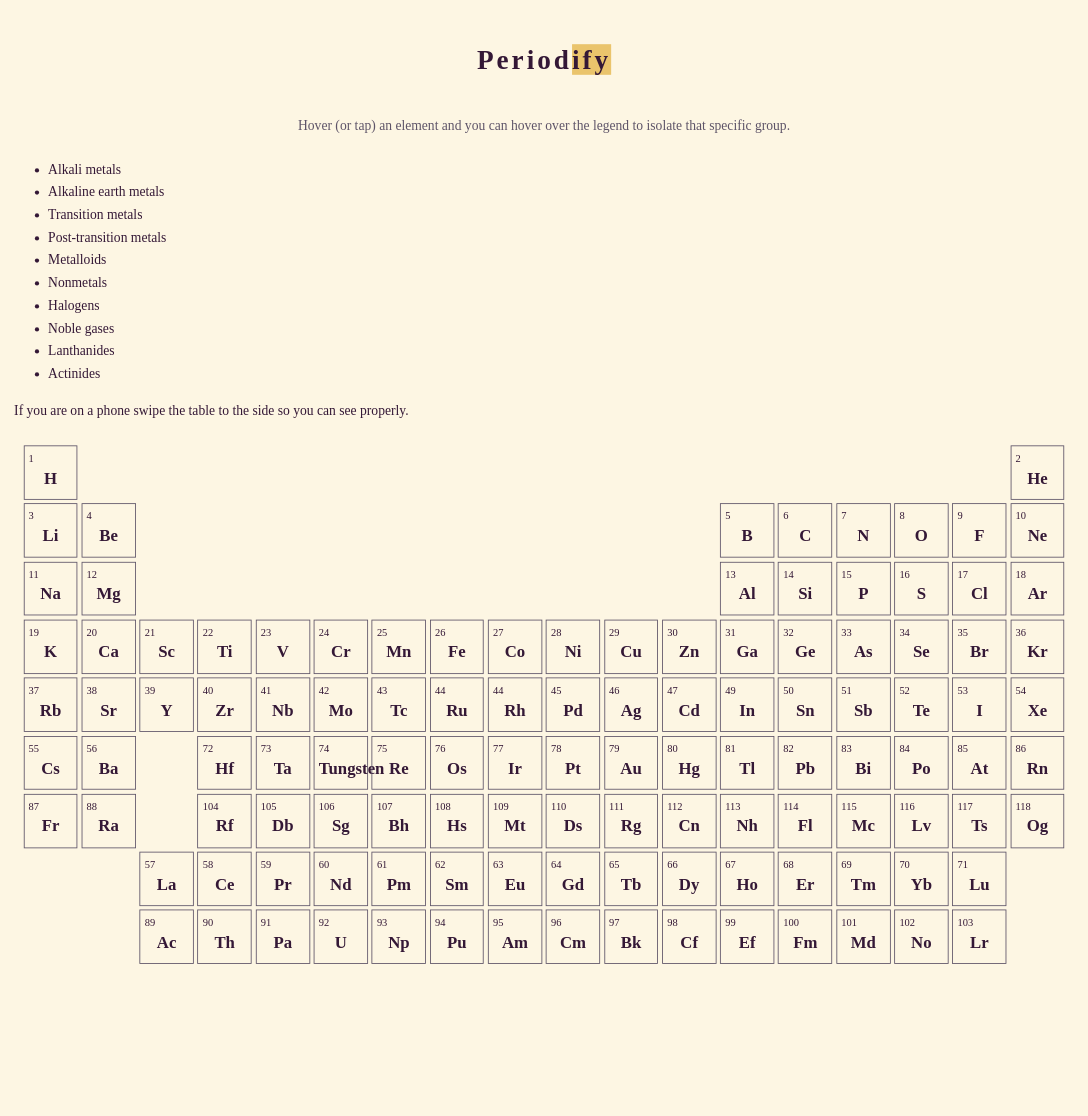
Repository: manayparikh1/Periodify
Page: index.html
These files come from the project's save history. The page is drawn as it stood at one moment and after the next save; the edit follows.
The browser window is 1280 px wide. The pictures show the whole page, at 85% of full size.

Above is the page before, as saved 2026-10-19 15:33:22.

After the next save:
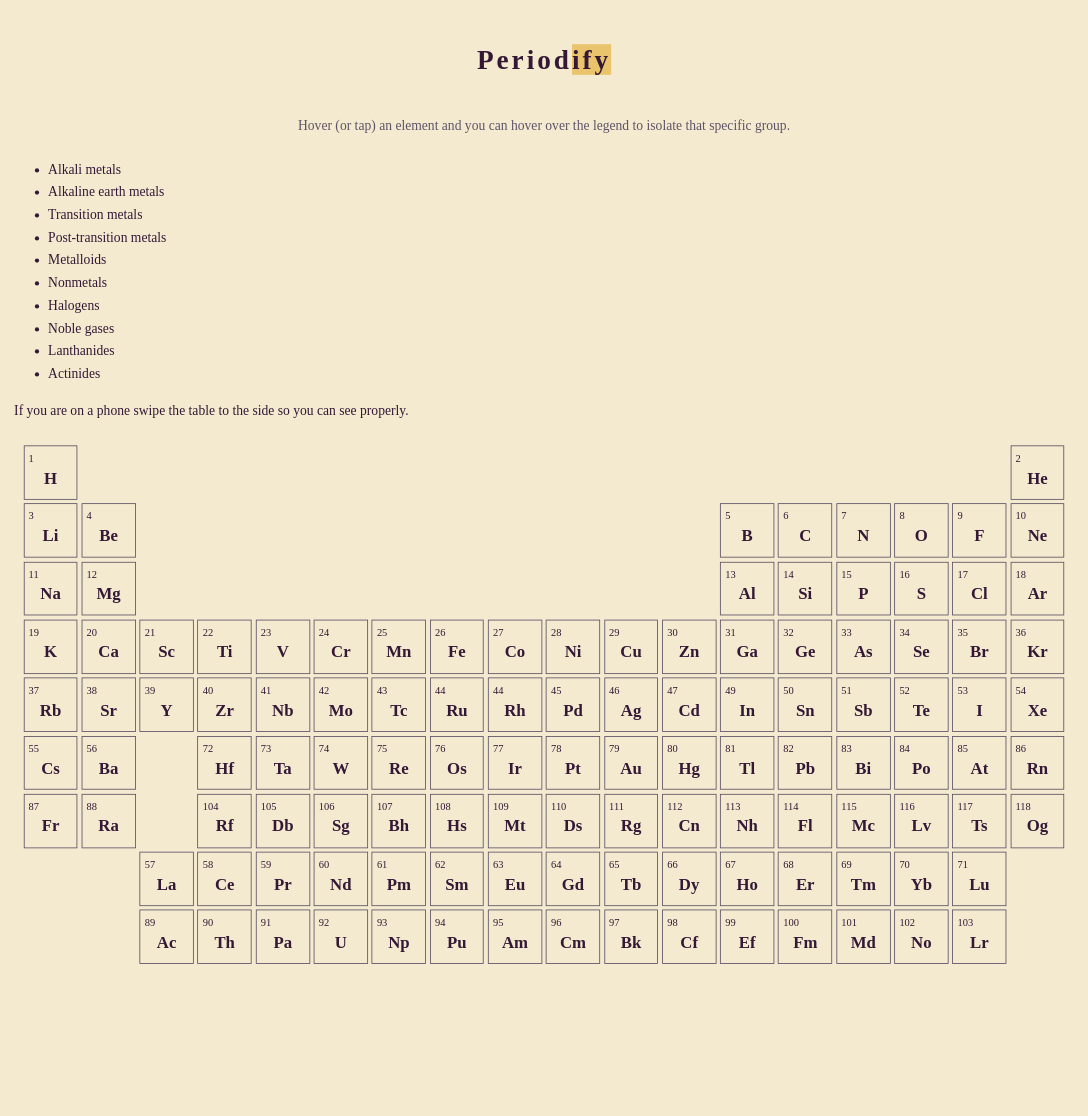
Saved 3 min 51 s later.
--- a/index.html
+++ b/index.html
@@ -100,7 +100,7 @@
             <div class="gap" style="--n:1"></div>
             <div class="el tm" tabindex="0"><i>72</i><b>Hf</b><span>Hafnium<br>Atomic mass = 178.49</span></div>
             <div class="el tm" tabindex="0"><i>73</i><b>Ta</b><span>Tantalum<br>Atomic mass = 180.95</span></div>
-            <div class="el tm" tabindex="0"><i>74</i><b>Tungsten</b><span>Tungsten<br>Atomic mass = 183.84</span></div>
+            <div class="el tm" tabindex="0"><i>74</i><b>W</b><span>Tungsten<br>Atomic mass = 183.84</span></div>
             <div class="el tm" tabindex="0"><i>75</i><b>Re</b><span>Rhenium<br>Atomic mass = 186.21</span></div>
             <div class="el tm" tabindex="0"><i>76</i><b>Os</b><span>Osmium<br>Atomic mass = 190.23</span></div>
             <div class="el tm" tabindex="0"><i>77</i><b>Ir</b><span>Iridium<br>Atomic mass = 192.22</span></div>
@@ -178,7 +178,7 @@
         :root {
             --colouring: #341836;
             --main: #5e5468;
-            --papercolor: #fdf6e3;
+            --papercolor: #f4eacf;
 
             --ak: #fc8760;
             --ae: #eac46c;
@@ -288,5 +288,10 @@
             border: 1.65px solid var(--main);
             font-size: 0.74rem;
             text-align: center;
-            z-index: 10;
-        }
+            z-index: 9.5;
+        }
+
+        .el:hover span,
+        .el:focus span {
+            display: block;
+        }
